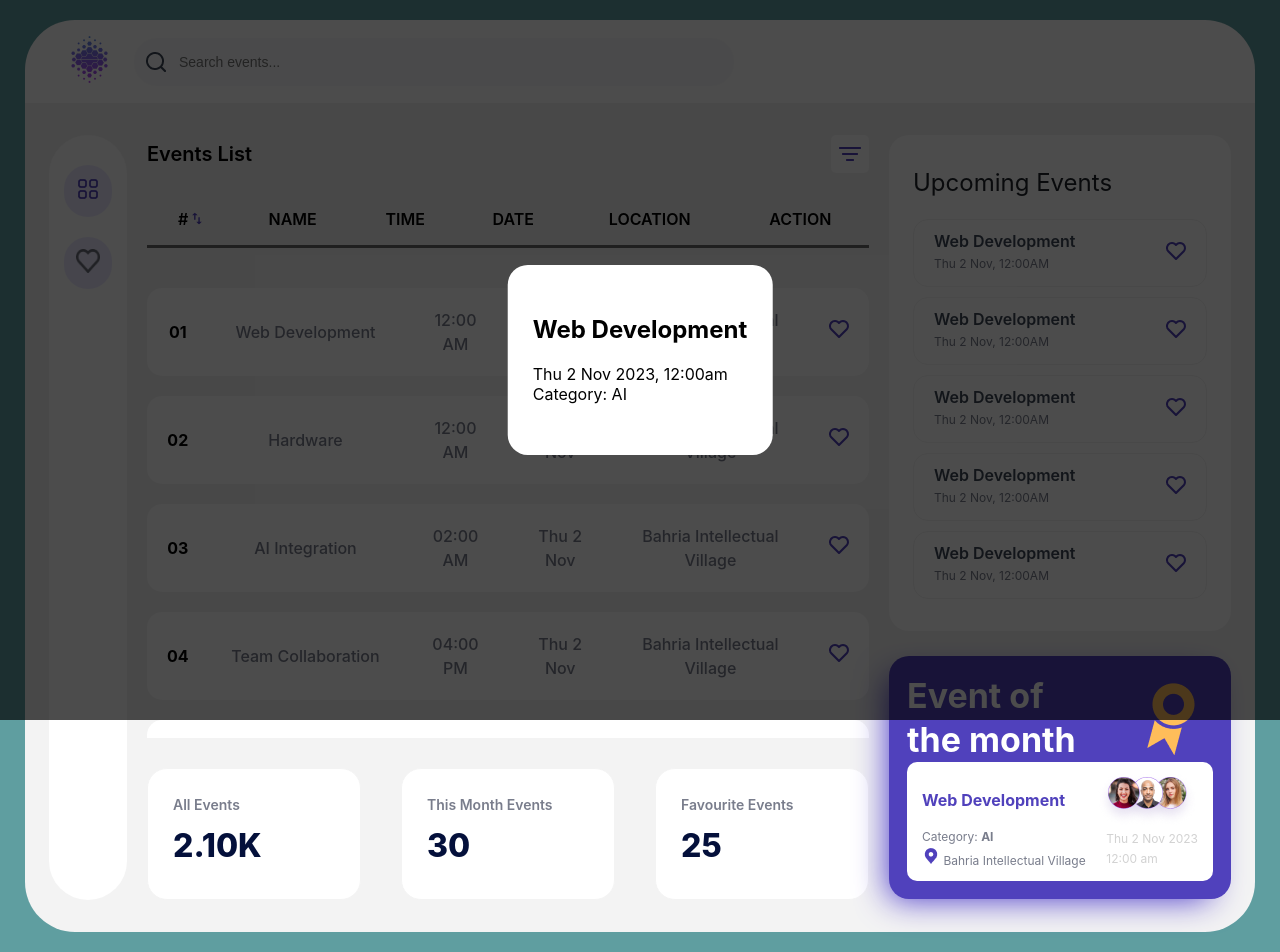
Repository: ahmadunitedsol710/react-dashboard
Page: /, after clicking the first element matching `tr.body_row`
These files come from the project's save history. The page is drawn as it stood at one moment and after the next save; the edit follows.
The browser window is 1280 px wide. The pictures show the whole page.
An inner scrolling area shows only its first screen. The project was rebuilt for these pictures with package versions that can differ from the ones it lists, and the page was loaded fresh each time.

Above is the page before, as saved 2024-08-02 09:58:49.

After the next save:
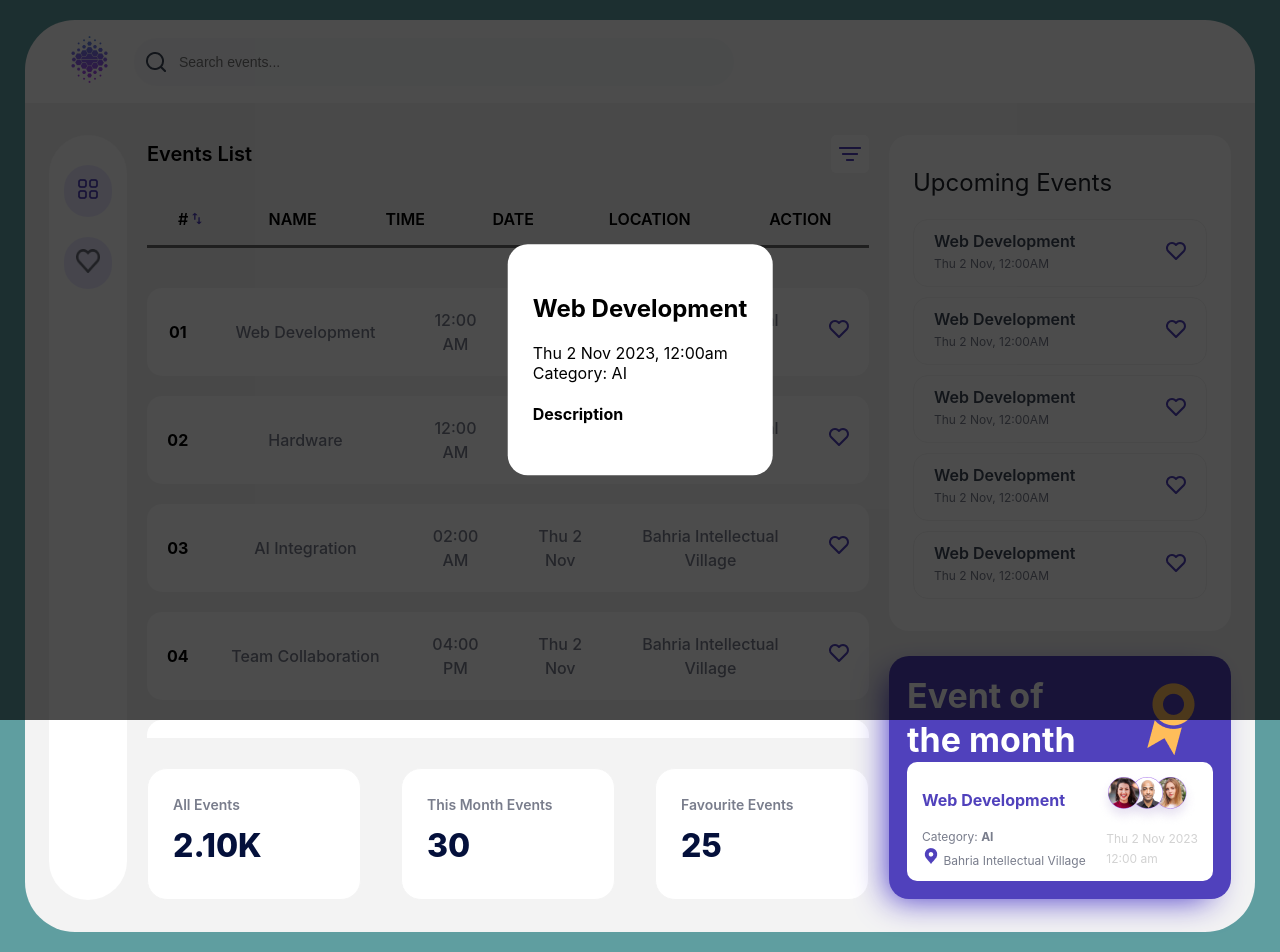
Saved 6 s later.
--- a/src/Components/Body/Detailpopup.js
+++ b/src/Components/Body/Detailpopup.js
@@ -13,7 +13,7 @@ const Detailpopup = ({closeModal}) => {
                     </div>
                     <span className="category">Category: AI</span>
                     <div className="description">
-                        <h4 className="desc_title"></h4>
+                        <h4 className="desc_title">Description</h4>
                         <p className="text"></p>
                     </div>
                 </div>
